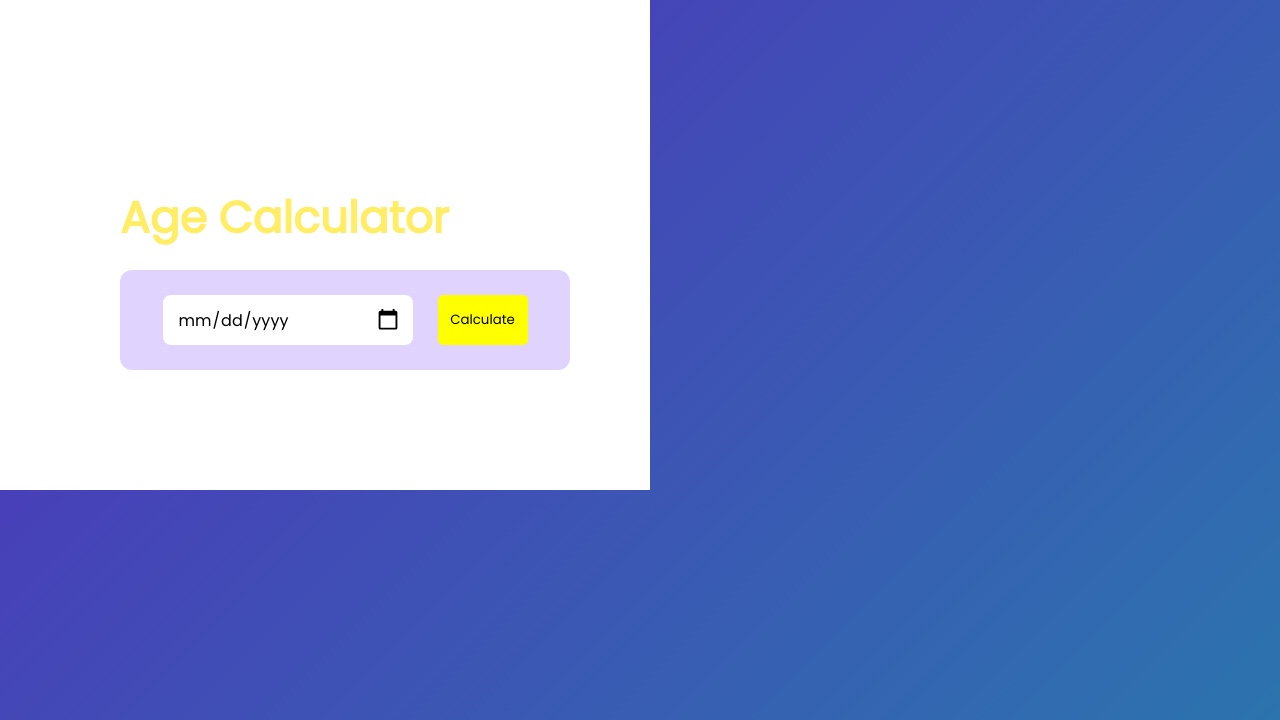
Repository: Ankitkr2021/Age-Calculator
Page: index.html
An editor plug-in stored every save of this project. The page is shown before and after the next save, followed by the edit.
The browser window is 1280 px wide. The pictures show the whole page.

Above is the page before, as saved 2025-10-05 12:34:33.

### index.html
<!DOCTYPE html>
<html lang="en">
<head>
    <meta charset="UTF-8">
    <meta name="viewport" content="width=device-width, initial-scale=1.0">
    <title>Age Calculator</title>
    <link rel="stylesheet" href="./style.css">
</head>
<body>
    <div class="main">
        <h1 class="js">Javascript</h1>
        <h1 class="age">Age Calculator</h1>
        <div class="box">
            <input type="date" id="date">
             <button  onclick="calculateAge()">Calculate</button>
        </div>
        <p id="result"></p>
    </div>
    <script src="./main.js"></script>
</body>
</html>

### style.css
@import url("https://fonts.googleapis.com/css2?family=Poppins&display=swap");

*{
    margin: 0;
    padding: 0;
    box-sizing: border-box;
    font-family: "Poppins",sans-serif;
}

body{
    height: 100vh;
    width: 100%;
    background: linear-gradient(135deg, rgb(81, 46, 188), rgb(44, 116, 174));
}

.main{
    background: #fff;
    width: 650px;
    padding: 40px;
}

.js{
    padding-top: 80px;
    padding-left: 80px;
    color: #fff;
    font-size: 44px;
    font-weight: 800;
}

.age{
    /* padding-top: 80px; */
    padding-left: 80px;
    color: #ffed65;
    font-size: 44px;
    font-weight: 800;
}

.box {
    height: 100px;
    width: 450px;
    max-width: 500px;
    display: flex;
    align-items: center;
    justify-content: space-around;
    padding: 40px;
    margin-top: 20px;
    margin-left: 80px;
    background: #c8b2ff8f;
    border-radius: 12px;
}

input {
    width: 250px;
    height: 50px;
    border-radius: 8px;
    border: none;
    font-size: 16px;
}

input[type="date"] {
  padding: 8px 15px;   /* top-bottom 8px, left-right 15px */
  border-radius: 8px;
  border: none;
  outline: none;
  font-size: 16px;
  background-color: white;
}

input[type="date"]::-webkit-calendar-picker-indicator {
  transform: scale(1.5);
  cursor: pointer;
}

@keyframes clickEffect {
    0% {
        transform: scale(1);
        opacity: 1;
    }
    50% {
        transform:scale(0.9);
        opacity: 0.8;
    }
    100% {
        transform:scale(1);
        opacity: 1;
    }
}

button {
    width: 90px;
    height: 50px;
    border-radius: 5px;
    border: none;
    margin-left: 20px;
    background: yellow;
    cursor: pointer;
    transition: background 0.3s;
}

button:active {
    animation: clickEffect 0.3s ease;
}

p{
    padding: 40px;
    padding-left: 80px;
    font-size: 16px;
    color: #fff;
}

### main.js
let userInput =document.getElementById("date");
// userInput.max = new Date().toISOString.split("T")[0];
let result = document.getElementById("result");

function calculateAge(){
    let birthDate = new Date(userInput.value);

    let d1 = birthDate.getDate();
    let m1 = birthDate.getMonth() + 1;
    let y1 = birthDate.getFullYear();

    let today = new Date();

    let d2 = today.getDate();
    let m2 = today.getMonth() + 1;
    let y2 = today.getFullYear();


    let d3, m3, y3 ;
    y3 = y2 - y1;

    if(m2 >= m1) {
        m3 = m2 - m1;
    } else {
        y3--;
        m3 =12 + m2 - m1;
    }

    if(d2 >= d1) {
        d3 = d2 - d1;
    } else {
        m3--;
        d3 = getDaysInMonth(y1, m1) + d2 - d1;
    }
    if(m3 < 0) {
        m3 = 11;
        y3--;
    }
    result.innerHTML = `You are ${y3} years, ${m3} months, ${d3} days old`;
}

function getDaysInMonth(year, month) {
    return new Date(year, month, 0).getDate();
}

After the next save:
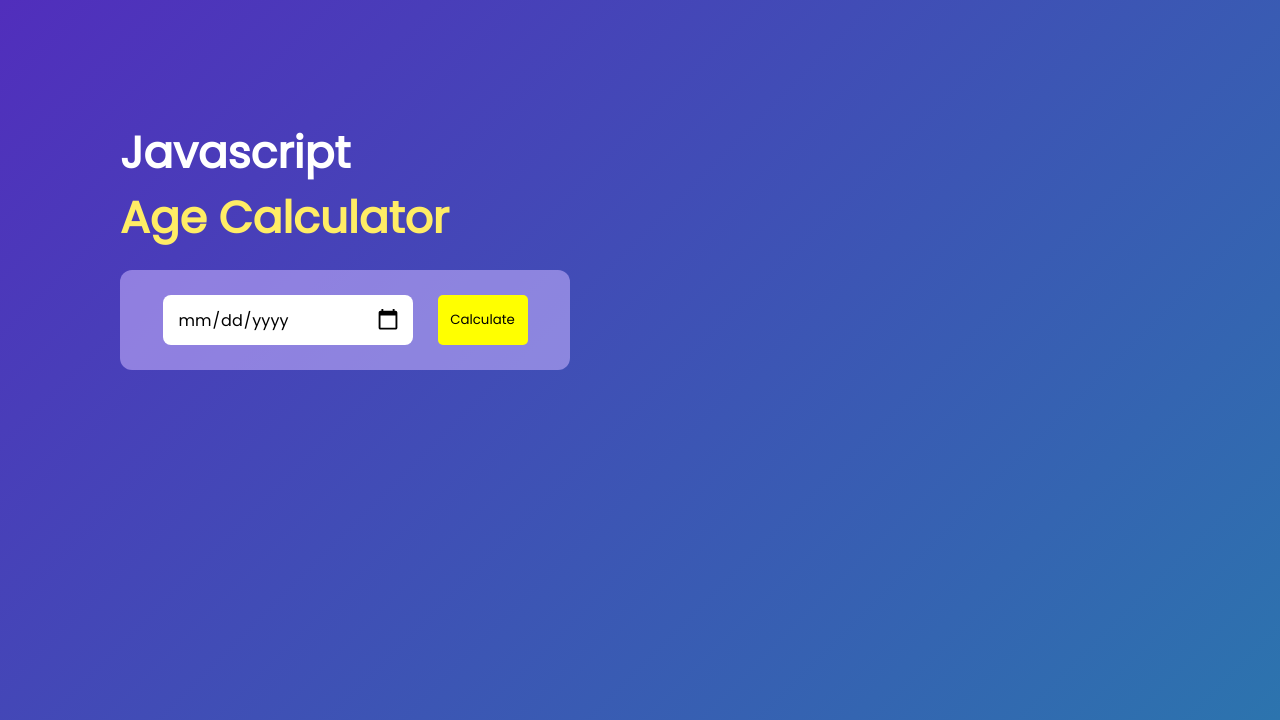
Saved 4 s later.
--- a/style.css
+++ b/style.css
@@ -14,7 +14,7 @@ body{
 }
 
 .main{
-    background: #fff;
+    /* background: #fff; */
     width: 650px;
     padding: 40px;
 }
